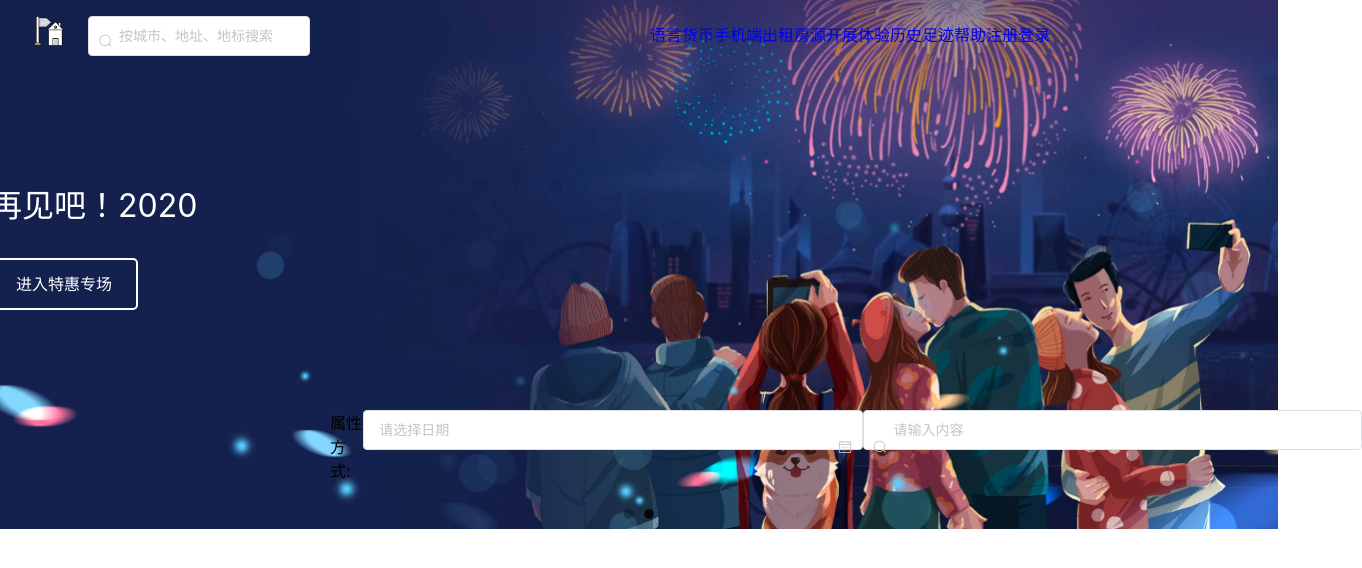
Repository: yz1181214391/my-airbnb
Page: /
The author's editor kept a copy of each file at every save. The page is drawn from the files as they stood at one save, then again after the next save.
The browser window is 1280 px wide. The page is 1362 px wide, so the pictures cover 1362 px, including what lies to the right of the window. The pictures show the whole page.
The project was rebuilt for these pictures with package versions that can differ from the ones it lists, and the page was loaded fresh each time. Also part of the build but not shown: src/views/Language.vue, src/views/Currency.vue, src/views/Enter.vue, src/views/Experience.vue, src/views/Help.vue, src/views/History.vue, src/views/Mobile.vue, src/views/Register.vue and 1 more.

Above is the page before, as saved 2020-12-11 10:43:50.

After the next save:
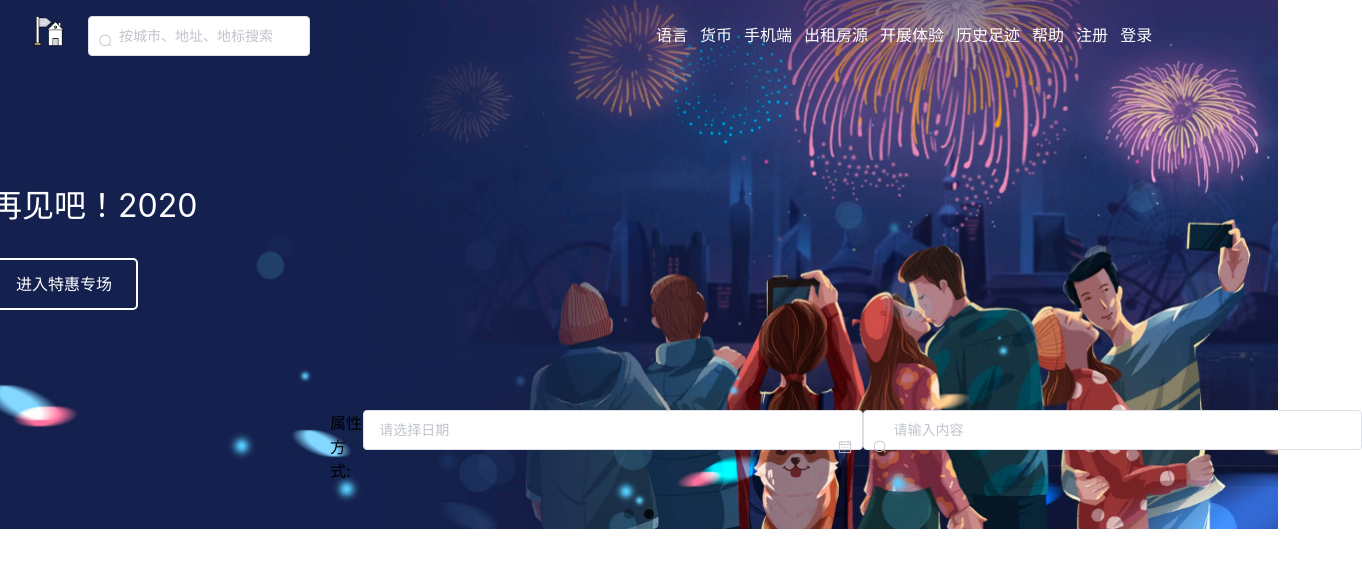
Saved 3 min 38 s later.
--- a/src/components/Header.vue
+++ b/src/components/Header.vue
@@ -131,7 +131,7 @@ export default {
   color:#fff;
   margin: 32px 0;
 }
-.nav-box >router-link{
+.nav-box > a{
   margin: 0 6px;
   color: #fff;
 }
